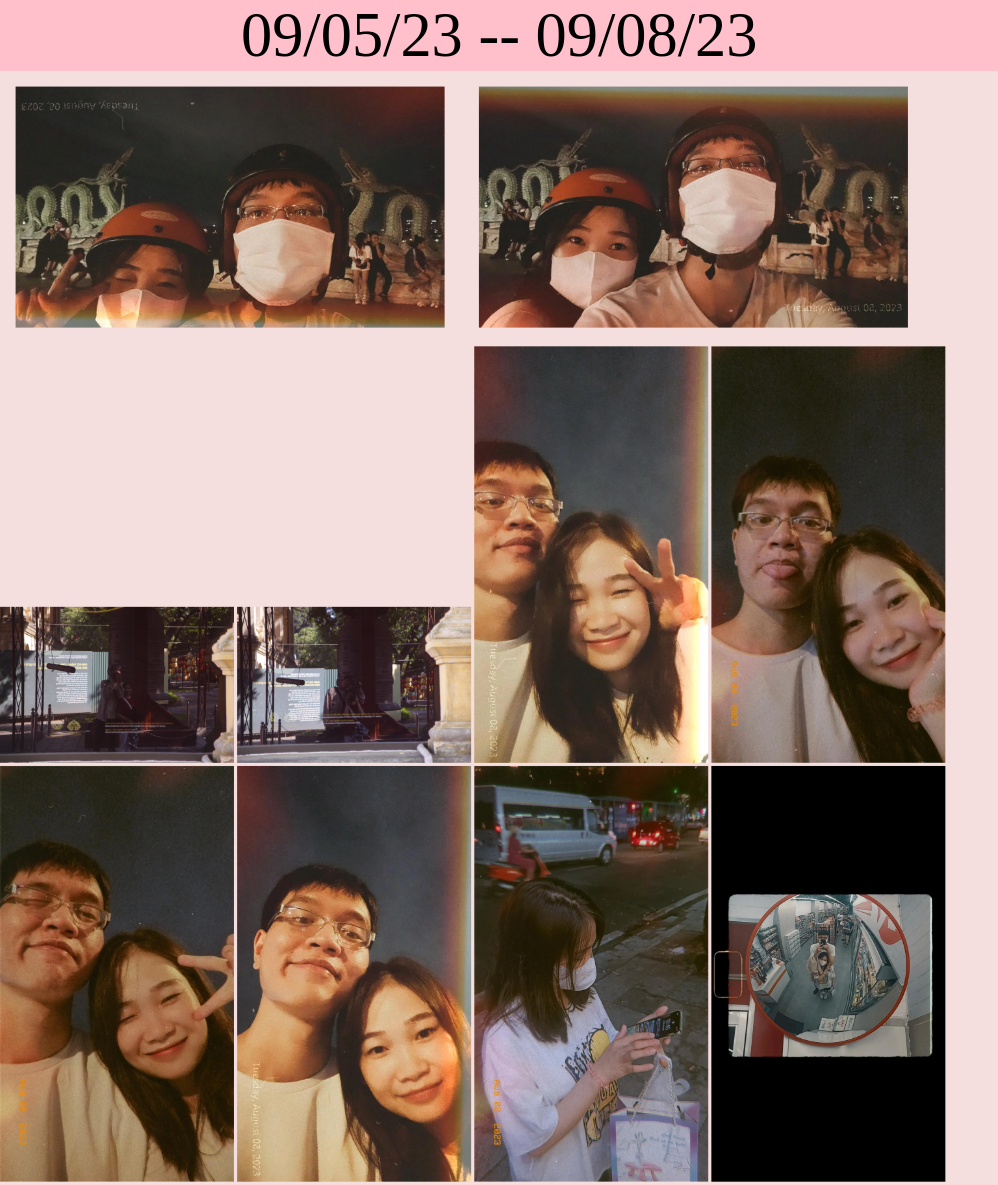
Repository: Hanhanh06/0907
Page: code/0908.html
An editor plug-in stored every save of this project. The page is shown before and after the next save, followed by the edit.
The browser window is 1280 px wide. The pictures show the whole page, at 78% of full size.

Above is the page before, as saved 2023-08-17 17:47:19.

After the next save:
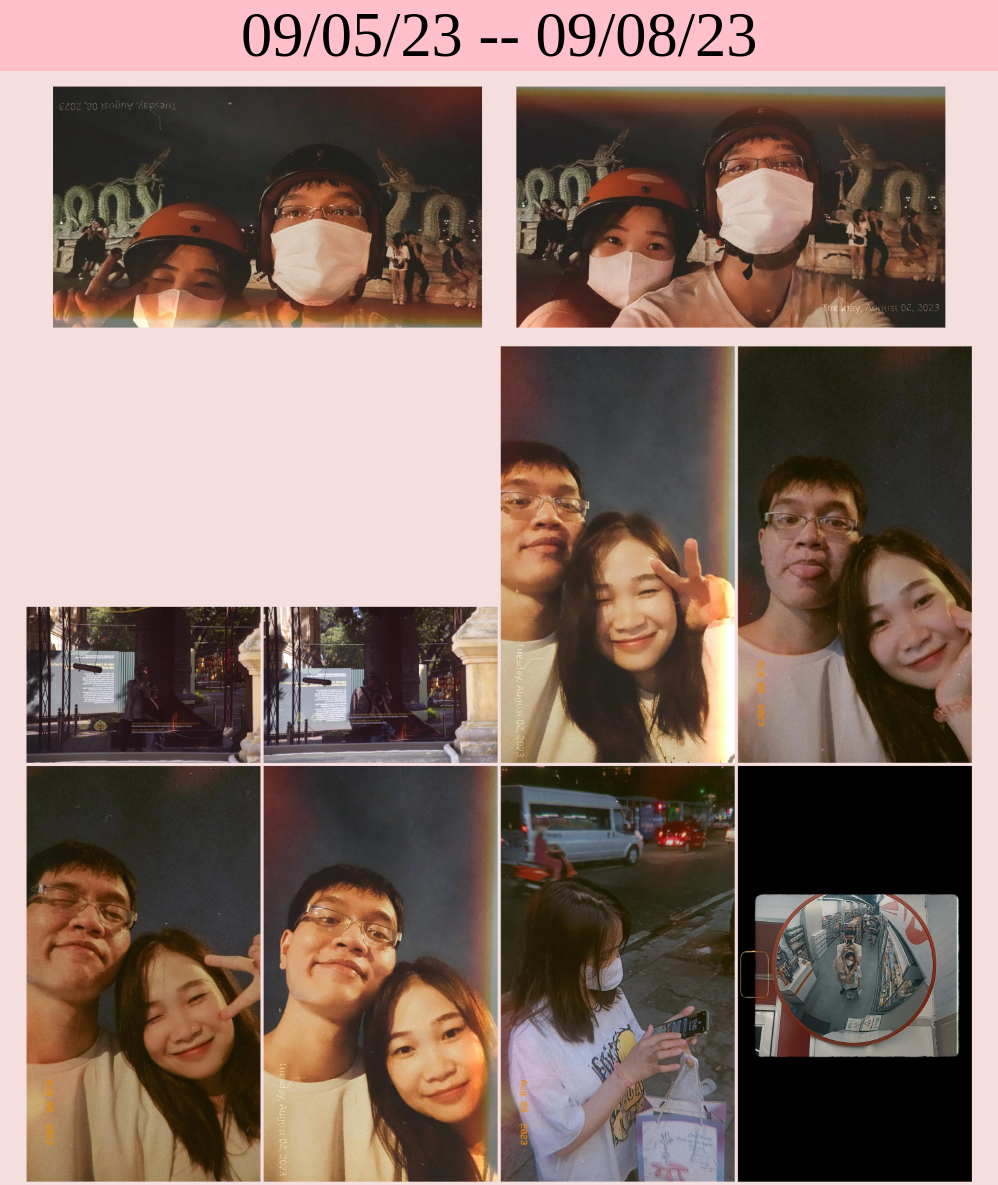
Saved 6 s later.
--- a/code/0908.html
+++ b/code/0908.html
@@ -27,8 +27,7 @@
         </head>
         <body>
 
-        <center> <div style="background-color: pink; font-size: 80px; "> 09/05/23 -- 09/08/23</div></center>
-
+        <center> <div style="background-color: pink; font-size: 80px; "> 09/05/23 -- 09/08/23</div>
         <img src="001.jpg" alt="Hình ảnh không tồn tại" width="550px" style="margin: 20px;" >
        <img src="002.jpg" alt="Hình ảnh không tồn tại" width="550px"  style="margin: 20px;">
 
